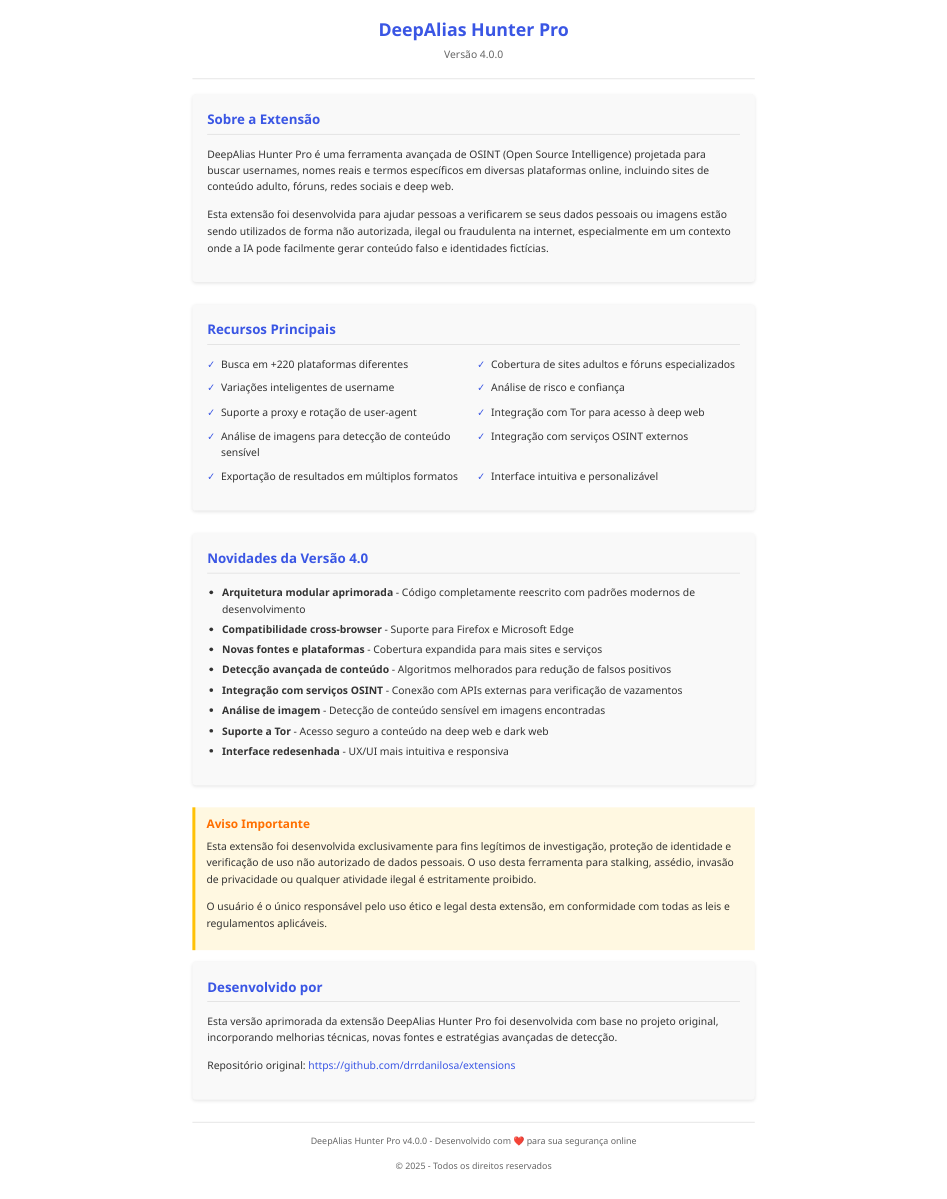
Repository: drrdanilosa/buscarnome
Page: src/about/about.html
The author's editor kept a copy of each file at every save. The page is drawn from the files as they stood at one save, then again after the next save.
The browser window is 1280 px wide. The pictures show the whole page, at 74% of full size.

Above is the page before, as saved 2025-06-02 10:40:12.

### src/about/about.html
<!DOCTYPE html>
<html lang="pt-BR">
<head>
    <meta charset="UTF-8">
    <meta name="viewport" content="width=device-width, initial-scale=1.0">
    <title>DeepAlias Hunter Pro - Sobre</title>
    <style>
        :root {
            --primary-color: #3a56e4;
            --primary-dark: #2a46d4;
            --secondary-color: #f5f7ff;
            --text-color: #333;
            --text-light: #666;
            --border-color: #ddd;
            --background-color: #fff;
            --card-background: #f9f9f9;
            --shadow: 0 2px 5px rgba(0, 0, 0, 0.1);
        }

        * {
            box-sizing: border-box;
            margin: 0;
            padding: 0;
        }

        body {
            font-family: 'Segoe UI', Tahoma, Geneva, Verdana, sans-serif;
            font-size: 14px;
            color: var(--text-color);
            background-color: var(--background-color);
            padding: 20px;
            max-width: 800px;
            margin: 0 auto;
            line-height: 1.6;
        }

        header {
            margin-bottom: 20px;
            padding-bottom: 10px;
            border-bottom: 1px solid var(--border-color);
            text-align: center;
        }

        h1 {
            font-size: 24px;
            color: var(--primary-color);
            margin-bottom: 5px;
        }

        .version {
            color: var(--text-light);
            font-size: 14px;
            margin-bottom: 10px;
        }

        .section {
            margin-bottom: 30px;
            background-color: var(--card-background);
            padding: 20px;
            border-radius: 5px;
            box-shadow: var(--shadow);
        }

        h2 {
            font-size: 18px;
            margin-bottom: 15px;
            color: var(--primary-color);
            border-bottom: 1px solid var(--border-color);
            padding-bottom: 5px;
        }

        p {
            margin-bottom: 15px;
        }

        ul, ol {
            margin-bottom: 15px;
            margin-left: 20px;
        }

        li {
            margin-bottom: 5px;
        }

        .feature-list {
            display: grid;
            grid-template-columns: repeat(2, 1fr);
            gap: 10px;
            margin-bottom: 15px;
        }

        .feature-item {
            display: flex;
            align-items: flex-start;
        }

        .feature-icon {
            margin-right: 8px;
            color: var(--primary-color);
        }

        .disclaimer {
            background-color: #fff8e1;
            border-left: 4px solid #ffc107;
            padding: 10px 15px;
            margin-bottom: 15px;
        }

        .disclaimer h3 {
            color: #ff6f00;
            margin-bottom: 5px;
            font-size: 16px;
        }

        footer {
            margin-top: 30px;
            padding-top: 15px;
            border-top: 1px solid var(--border-color);
            text-align: center;
            color: var(--text-light);
            font-size: 12px;
        }

        a {
            color: var(--primary-color);
            text-decoration: none;
        }

        a:hover {
            text-decoration: underline;
        }
    </style>
</head>
<body>
    <header>
        <h1>DeepAlias Hunter Pro</h1>
        <div class="version">Versão 4.0.0</div>
    </header>

    <div class="section">
        <h2>Sobre a Extensão</h2>
        <p>DeepAlias Hunter Pro é uma ferramenta avançada de OSINT (Open Source Intelligence) projetada para buscar usernames, nomes reais e termos específicos em diversas plataformas online, incluindo sites de conteúdo adulto, fóruns, redes sociais e deep web.</p>

        <p>Esta extensão foi desenvolvida para ajudar pessoas a verificarem se seus dados pessoais ou imagens estão sendo utilizados de forma não autorizada, ilegal ou fraudulenta na internet, especialmente em um contexto onde a IA pode facilmente gerar conteúdo falso e identidades fictícias.</p>
    </div>

    <div class="section">
        <h2>Recursos Principais</h2>
        <div class="feature-list">
            <div class="feature-item">
                <span class="feature-icon">✓</span>
                <span>Busca em +220 plataformas diferentes</span>
            </div>
            <div class="feature-item">
                <span class="feature-icon">✓</span>
                <span>Cobertura de sites adultos e fóruns especializados</span>
            </div>
            <div class="feature-item">
                <span class="feature-icon">✓</span>
                <span>Variações inteligentes de username</span>
            </div>
            <div class="feature-item">
                <span class="feature-icon">✓</span>
                <span>Análise de risco e confiança</span>
            </div>
            <div class="feature-item">
                <span class="feature-icon">✓</span>
                <span>Suporte a proxy e rotação de user-agent</span>
            </div>
            <div class="feature-item">
                <span class="feature-icon">✓</span>
                <span>Integração com Tor para acesso à deep web</span>
            </div>
            <div class="feature-item">
                <span class="feature-icon">✓</span>
                <span>Análise de imagens para detecção de conteúdo sensível</span>
            </div>
            <div class="feature-item">
                <span class="feature-icon">✓</span>
                <span>Integração com serviços OSINT externos</span>
            </div>
            <div class="feature-item">
                <span class="feature-icon">✓</span>
                <span>Exportação de resultados em múltiplos formatos</span>
            </div>
            <div class="feature-item">
                <span class="feature-icon">✓</span>
                <span>Interface intuitiva e personalizável</span>
            </div>
        </div>
    </div>

    <div class="section">
        <h2>Novidades da Versão 4.0</h2>
        <ul>
            <li><strong>Arquitetura modular aprimorada</strong> - Código completamente reescrito com padrões modernos de desenvolvimento</li>
            <li><strong>Compatibilidade cross-browser</strong> - Suporte para Firefox e Microsoft Edge</li>
            <li><strong>Novas fontes e plataformas</strong> - Cobertura expandida para mais sites e serviços</li>
            <li><strong>Detecção avançada de conteúdo</strong> - Algoritmos melhorados para redução de falsos positivos</li>
            <li><strong>Integração com serviços OSINT</strong> - Conexão com APIs externas para verificação de vazamentos</li>
            <li><strong>Análise de imagem</strong> - Detecção de conteúdo sensível em imagens encontradas</li>
            <li><strong>Suporte a Tor</strong> - Acesso seguro a conteúdo na deep web e dark web</li>
            <li><strong>Interface redesenhada</strong> - UX/UI mais intuitiva e responsiva</li>
        </ul>
    </div>

    <div class="disclaimer">
        <h3>Aviso Importante</h3>
        <p>Esta extensão foi desenvolvida exclusivamente para fins legítimos de investigação, proteção de identidade e verificação de uso não autorizado de dados pessoais. O uso desta ferramenta para stalking, assédio, invasão de privacidade ou qualquer atividade ilegal é estritamente proibido.</p>
        <p>O usuário é o único responsável pelo uso ético e legal desta extensão, em conformidade com todas as leis e regulamentos aplicáveis.</p>
    </div>

    <div class="section">
        <h2>Desenvolvido por</h2>
        <p>Esta versão aprimorada da extensão DeepAlias Hunter Pro foi desenvolvida com base no projeto original, incorporando melhorias técnicas, novas fontes e estratégias avançadas de detecção.</p>
        <p>Repositório original: <a href="https://github.com/drrdanilosa/extensions" target="_blank" rel="noopener">https://github.com/drrdanilosa/extensions</a></p>
    </div>

    <footer>
        <p>DeepAlias Hunter Pro v4.0.0 - Desenvolvido com ❤️ para sua segurança online</p>
        <p>© 2025 - Todos os direitos reservados</p>
    </footer>
</body>
</html>

After the next save:
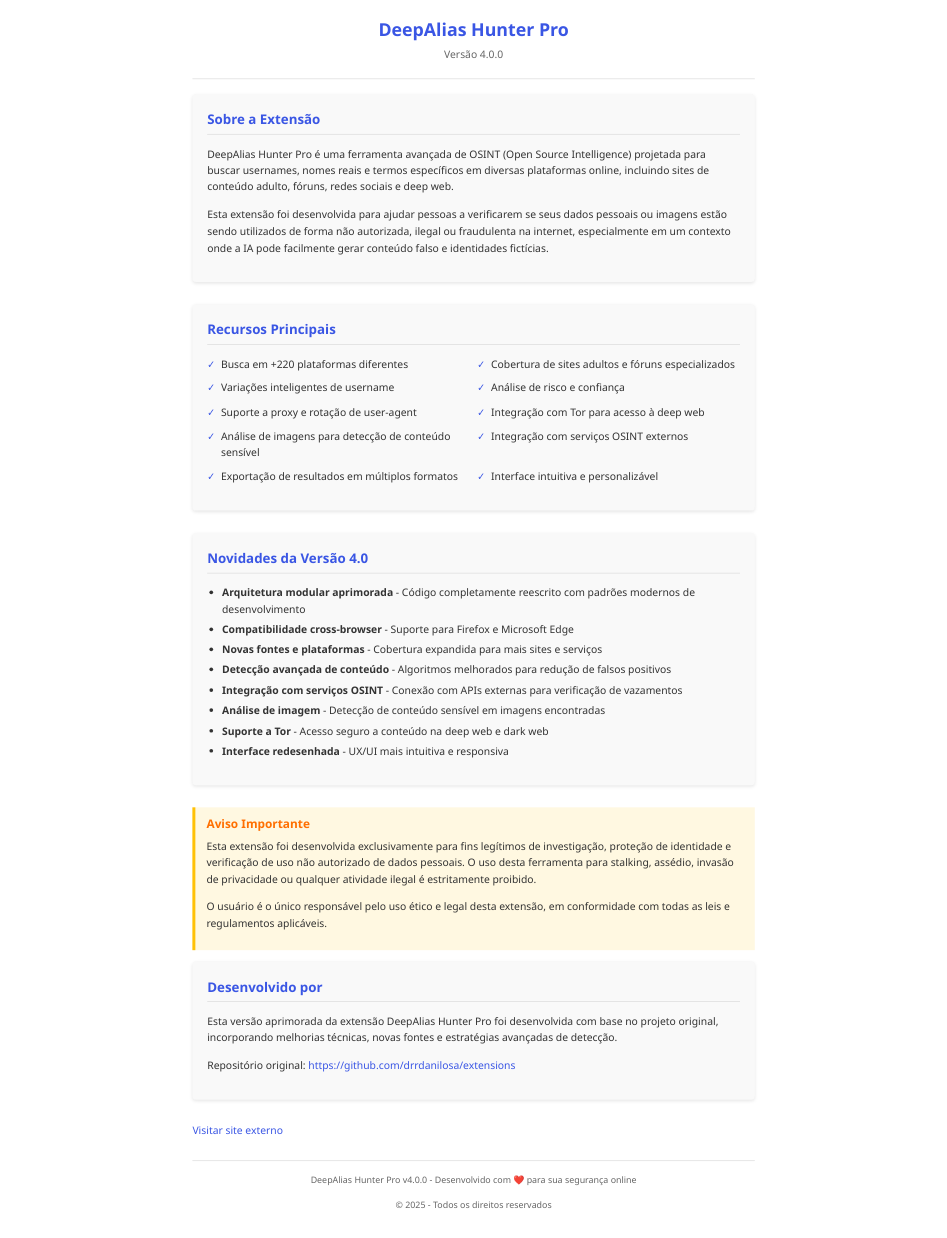
Saved 19 s later.
--- a/src/about/about.html
+++ b/src/about/about.html
@@ -216,6 +216,12 @@
         <p>Repositório original: <a href="https://github.com/drrdanilosa/extensions" target="_blank" rel="noopener">https://github.com/drrdanilosa/extensions</a></p>
     </div>
 
+    <div>
+      <a href="https://site-externo.com" target="_blank" rel="noopener noreferrer">
+        Visitar site externo
+      </a>
+    </div>
+
     <footer>
         <p>DeepAlias Hunter Pro v4.0.0 - Desenvolvido com ❤️ para sua segurança online</p>
         <p>© 2025 - Todos os direitos reservados</p>
